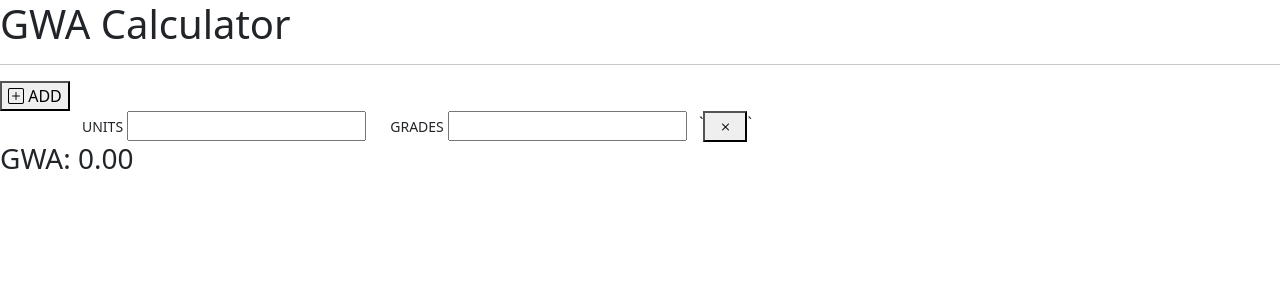
Repository: yonora/GWACalculator
Page: index.html
The author's editor kept a copy of each file at every save. The page is drawn from the files as they stood at one save, then again after the next save.
The browser window is 1280 px wide. The pictures show the whole page.

Above is the page before, as saved 2025-01-08 00:23:37.

After the next save:
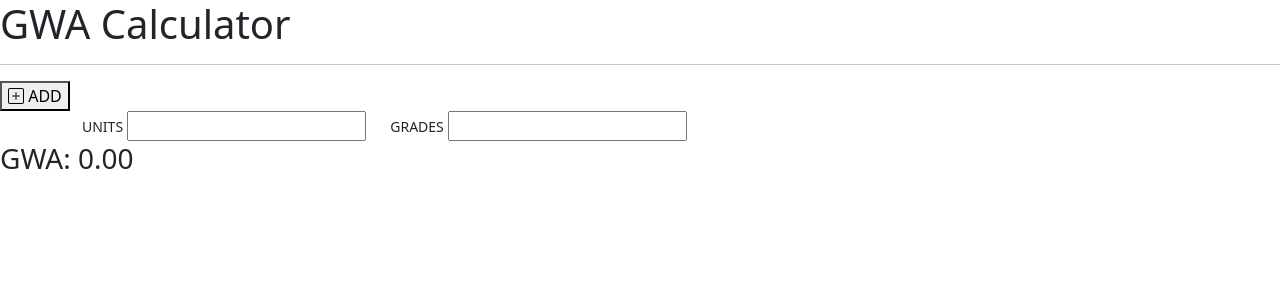
Saved 49 s later.
--- a/index.html
+++ b/index.html
@@ -22,7 +22,6 @@
                 <label class="col-form-label-sm">GRADES</label>
                 <input type="text" class="col-form-control grades" oninput="getGWA()">
             </div>
-            `<button class="col-auto remove" onclick="remove(1)"><i class="bi bi-x"></i></button>`
         </div>
     </div>
     <h3>GWA: <span id="gwa">0.00</span></h3>
